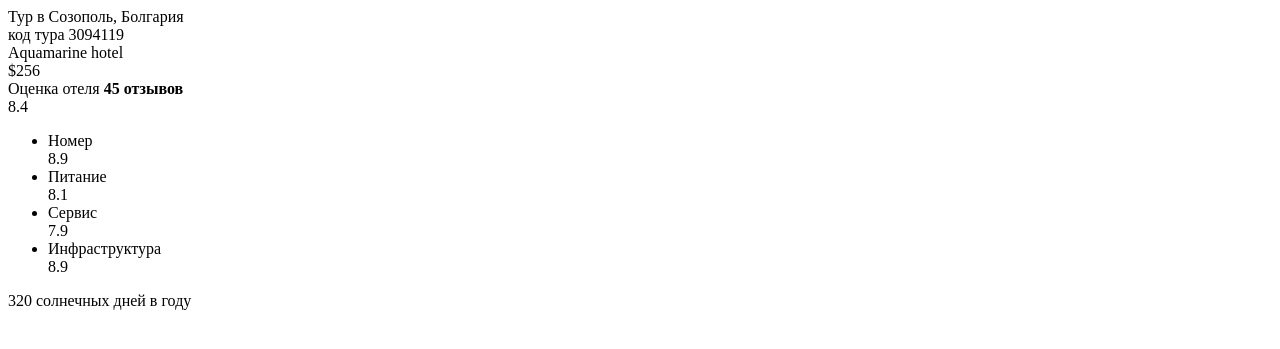
Repository: chekhunov/suntour
Page: app/html/components/_card-hotel.html
These files come from the project's save history. The page is drawn as it stood at one moment and after the next save; the edit follows.
The browser window is 1280 px wide. The pictures show the whole page.

Above is the page before, as saved 2021-03-16 13:02:34.

After the next save:
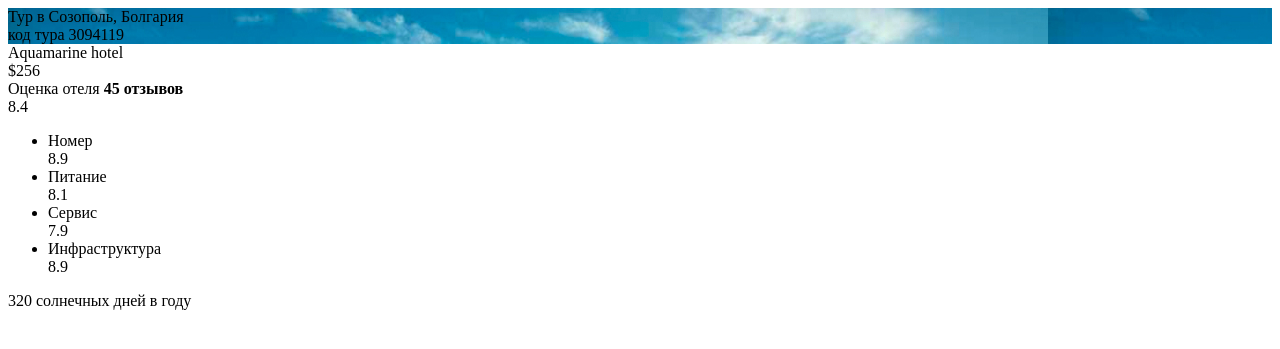
Saved 96 s later.
--- a/app/html/components/_card-hotel.html
+++ b/app/html/components/_card-hotel.html
@@ -1,6 +1,6 @@
 <article class="card-hotel" href="#">
 
-  <div class="card-hotel__image">
+  <div class="card-hotel__image" style="background-image: url(images/content/card-hotelbg.jpg);">
 
     <div class="card-hotel__box">
 
